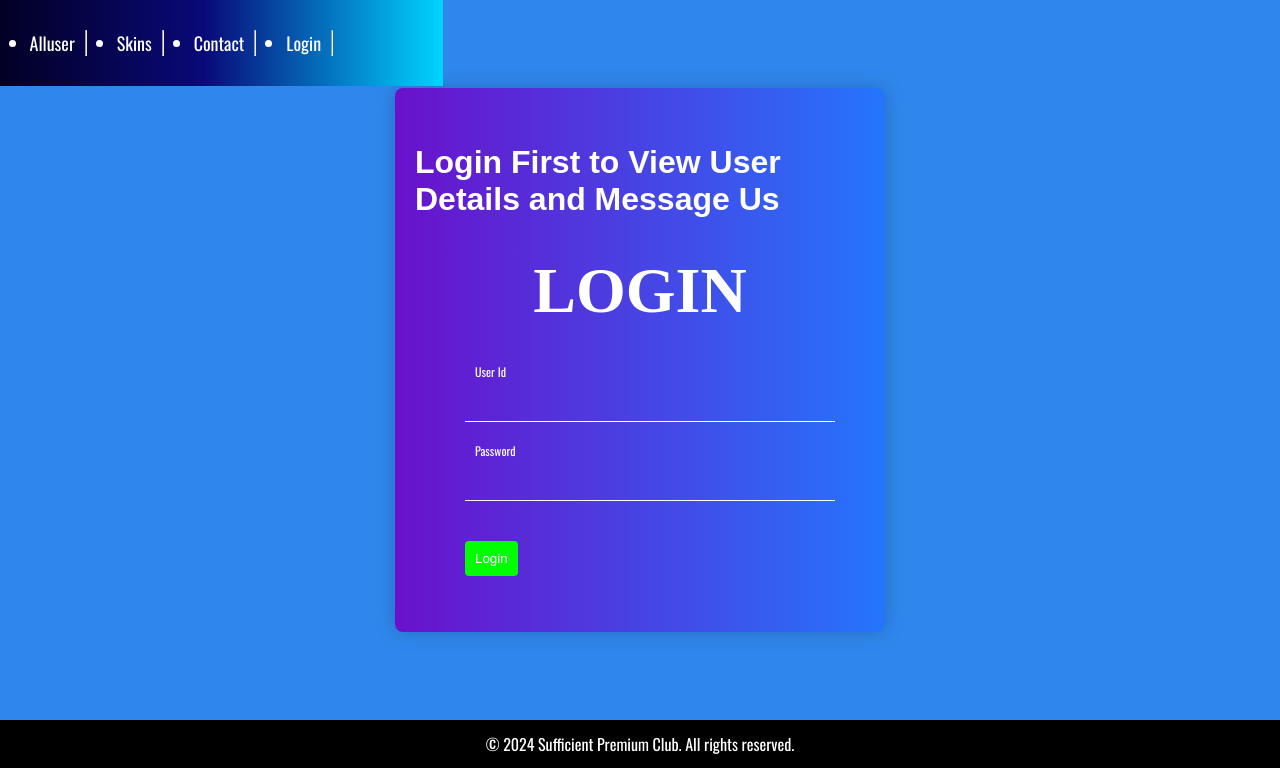
Repository: TechMukul/new
Page: /Login
The author's editor kept a copy of each file at every save. The page is drawn from the files as they stood at one save, then again after the next save.
The browser window is 1280 px wide. The pictures show the whole page.
Some web fonts or font styles are not loaded; a fallback is used. The project was rebuilt for these pictures with package versions that can differ from the ones it lists, and the page was loaded fresh each time. The framework's server and built-in components were replaced by stand-ins that run in the browser. Also part of the build but not shown: next.config.mjs.

Above is the page before, as saved 2024-08-09 15:26:05.

### pages/_app.tsx
// pages/_app.tsx
import { AppProps } from 'next/app';
import Head from 'next/head'; // Import Head from next/head
import '../styles/globals.css';
import Navbar from '@/Components/Navbar';
import Footer from '@/Components/Footer';

function MyApp({ Component, pageProps }: AppProps) {
  return (
    <>
      <Head>
        <link rel="preconnect" href="https://fonts.googleapis.com" />
        <link rel="preconnect" href="https://fonts.gstatic.com"  />
        <link
          href="https://fonts.googleapis.com/css2?family=Aclonica&family=Oswald:wght@200..700&display=swap"
          rel="stylesheet"
        />
      </Head>
      <Navbar />
      <Component {...pageProps} />
      <Footer />
    </>
  );
}

export default MyApp;

### pages/Login/index.tsx
import React, { useState, useEffect } from "react";
import axios from "axios";
import styles from "./index.module.scss";
import { useRouter } from "next/router";
import Navbar from "@/Components/Navbar";

const Index = () => {
  const [email, setEmail] = useState<string>("");
  const [password, setPassword] = useState<string>("");
  const [error, setError] = useState<string | null>(null);
  const [loading, setLoading] = useState<boolean>(false);
  const router = useRouter();

  useEffect(() => {
    const token = localStorage.getItem("accessToken");
    if (token) {
      router.push("/home");
    }

    const handlePopState = () => {
      router.push("/home");
    };

    window.addEventListener("popstate", handlePopState);

    return () => {
      window.removeEventListener("popstate", handlePopState);
    };
  }, [router]);

  const handleLogin = async (event: React.FormEvent) => {
    event.preventDefault();
    setLoading(true);
    try {
      const loginResponse = await axios.post(
        "https://www.referback.trollsufficient.com/admin/login",
        { email, password }
      );
      const { token, role } = loginResponse.data;
      localStorage.setItem("accessToken", token);
      localStorage.setItem("role", role);

      const userResponse = await axios.post(
        "https://www.referback.trollsufficient.com/admin/user",
        { email },
        {
          headers: {
            Authorization: `Bearer ${token}`,
            "Content-Type": "application/json",
          },
        }
      );

      const userName = userResponse.data.name;
      const userId = userResponse.data.id;
      localStorage.setItem("userName", userName);
      localStorage.setItem("userId", userId);

      const coinsResponse = await axios.get(
        `https://www.referback.trollsufficient.com/admin/coins/${userId}`,
        {
          headers: {
            Authorization: `Bearer ${token}`,
            "Content-Type": "application/json",
          },
        }
      );

      const userCoins = coinsResponse.data.coins;
      localStorage.setItem("userCoins", userCoins.toString());
      router.push("/home");
    } catch (error) {
      console.error("Login error:", error);
      setError("Invalid credentials");
    } finally {
      setLoading(false);
    }
  };

  return (
    <>
      <div className={styles.loginContainer}>
        {loading && (
          <div className={styles.loadingOverlay}>
            <div className={styles.spinner}></div>
          </div>
        )}
        <button
          className={styles.backButton}
          onClick={() => router.back()}
          aria-label="Go Back"
        >
        </button>
        <div className={styles.loginForm}>
          <h1 className={styles.header}>Login First to View User Details and Message Us</h1>
          <h2 className={styles.loginTitle}>LOGIN</h2>
          <form onSubmit={handleLogin}>
            <div className={styles.inputContainer}>
              <input
                type="text"
                value={email}
                onChange={(e) => setEmail(e.target.value)}
                required
                autoComplete="current-username"
              />
              <label>User Id</label>
              <div className={styles.inputUnderline}></div>
            </div>
            <div className={styles.inputContainer}>
              <input
                type="password"
                value={password}
                onChange={(e) => setPassword(e.target.value)}
                required
                autoComplete="current-password"
              />
              <label>Password</label>
              <div className={styles.inputUnderline}></div>
            </div>
            {error && <p className={styles.error}>{error}</p>}
            <div className={styles.button_login}>
              <button
                type="submit"
                className={styles.loginButton}
                disabled={loading}
              >
                {loading ? "Loading..." : "Login"}
              </button>
            </div>
          </form>
        </div>
      </div>
    </>
  );
};

export default Index;

### styles/globals.css
*{
  margin: 0%;
  padding: 0%;
}

body {
  font-family: 'Oswald', sans-serif; /* Apply Oswald font to the whole document */
}

h1 {
  font-family: 'Aclonica', sans-serif; /* Apply Aclonica font to all h1 elements */
}

### Components/Navbar/index.tsx
import React, { useEffect, useState } from "react";
import style from "./index.module.scss";
import Link from "next/link";
import axios from "axios";
import { useRouter } from "next/router";

const Navbar = () => {
  const [isMenuOpen, setIsMenuOpen] = useState(false);
  const [coins, setCoins] = useState<number>(0);
  const [isAuthenticated, setIsAuthenticated] = useState<boolean>(false);
  const [userRole, setUserRole] = useState<string | null>(null);
  const router = useRouter();

  const toggleMenu = () => {
    setIsMenuOpen((prevState) => !prevState);
  };

  useEffect(() => {
    const token = localStorage.getItem("accessToken");
    const role = localStorage.getItem("role");

    // Update authentication status and user role
    setIsAuthenticated(!!token);
    setUserRole(role);

    const fetchCoins = async () => {
      if (token) {
        try {
          const userId = localStorage.getItem("userId");
          if (userId) {
            const response = await axios.get(
              `https://www.referback.trollsufficient.com/admin/coins/${userId}`,
              {
                headers: {
                  Authorization: `Bearer ${token}`,
                  "Content-Type": "application/json",
                },
              }
            );
            setCoins(response.data.coins);
          }
        } catch (error) {
          console.error("Error fetching coins:", error);
        }
      }
    };

    fetchCoins();
  }, [isAuthenticated]);

  const handleLogout = () => {
    localStorage.removeItem("accessToken");
    localStorage.removeItem("userName");
    localStorage.removeItem("userId");
    localStorage.removeItem("userCoins");
    localStorage.removeItem("role");
    setCoins(0);
    setIsAuthenticated(false);
    setUserRole(null);
    router.push("/");
  };

  return (
    <>
      <div className={style.hamburger} onClick={toggleMenu}>
        ☰
      </div>
      <div className={style.image}></div>
      <div className={style.search_box}>
        <input className={style.input} placeholder="Enter Favorite Skins" />
      </div>
      <ul className={`${style.caintainer} ${isMenuOpen ? style.showMenu : ""}`}>
        <li className={style.items}>
          <div className={style.name}>
            <Link href="/"    style={{ textDecoration: "none", color: "white" }}>
              <p>Home</p>
            </Link>
            <hr className={style.line} />
          </div>
        </li>
        <li className={style.items}>
          <div className={style.name}>
            <Link href="/Tree"    style={{ textDecoration: "none", color: "white" }}>
              <p>Alluser</p>
            </Link>
            <hr className={style.line} />
          </div>
        </li>
        <li className={style.items}>
          <div className={style.name}>
            <p>Skins</p>
            <hr className={style.line} />
          </div>
        </li>
        <li className={style.items}>
          <div className={style.name}>
            <Link href="/contact"    style={{ textDecoration: "none", color: "white" }}>
              <p>Contact</p>
            </Link>
            <hr className={style.line} />
          </div>
        </li>
        <li className={style.items}>
          <div className={style.name}>
            {!isAuthenticated ? (
              <Link href="/Login"    style={{ textDecoration: "none", color: "white" }}>
                <p>Login</p>
              </Link>
            ) : (
              <button className={style.links} onClick={handleLogout}>
                Logout
              </button>
            )}
            <hr className={style.line} />
          </div>
        </li>
      </ul>
    </>
  );
};

export default Navbar;

### Components/Footer/index.tsx
import React from 'react';
import styles from './inde.module.scss';

const Footer = () => {
  return (
    <div className={styles.footer}>
      <div className={styles.text}>
        © 2024 Sufficient Premium Club. All rights reserved.
      </div>
      <div className={`${styles.icon} ${styles['mobile-hidden']}`}>
        {/* <img
          src='https://upload.wikimedia.org/wikipedia/commons/thumb/5/5e/WhatsApp_icon.png/598px-WhatsApp_icon.png'
          alt='WhatsApp Icon'
        /> */}
      </div>
    </div>
  );
}

export default Footer;

### pages/Login/index.module.scss
/* Overlay for loading */
.loadingOverlay {
  position: fixed;
  top: 0;
  left: 0;
  width: 100%;
  height: 100%;
  background-color: rgba(0, 0, 0, 0.5); /* Semi-transparent black background */
  display: flex;
  align-items: center;
  justify-content: center;
  z-index: 1000; /* Ensure it's above other elements */
  backdrop-filter: blur(5px); /* Blur effect */
}

.spinner {
  border: 4px solid #f3f3f3; /* Light grey */
  border-top: 4px solid #00ff00; /* Green */
  border-radius: 50%;
  width: 40px;
  height: 40px;
  animation: spin 1s linear infinite;
}

@keyframes spin {
  0% { transform: rotate(0deg); }
  100% { transform: rotate(360deg); }
}

/* Existing Styles */

.auroraContainer {
  position: relative;
  height: 100vh;
  display: flex;
  align-items: center;
  justify-content: center;
}

.loginContainer {
  position: relative;
  background: #2f87ed;
  z-index: 1;
  display: flex;
  flex-direction: column;
  align-items: center;
  justify-content: center;
  height: 100vh;
  width: 100%;
  // background-image: url("/login.png"); /* Add your image path here */
  background-size: cover;
  background-position: center;
  @media screen and (max-width: 768px) {
    // background-image: url("../../public/loginmob.jpeg");
  }
}

.loginForm {
  padding: 20px;
  border-radius: 8px;
  background-image: linear-gradient(to right, #6a11cb 0%, #2575fc 100%);
  box-shadow: 0 0 20px rgba(0, 0, 0, 0.2);
  width: 90%;
  max-width: 450px;
  animation: slideInFromLeft 1s ease-out;
  align-items: center;
  height: auto;
  display: flex;
  justify-content: space-evenly;
  flex-direction: column;
  color: white; /* Green font color */
  position: absolute;
  // left: 60%;
  height: 70vh;
  &:hover {
    box-shadow: rgb(255, 255, 255) 0px 20px 30px -10px;
  }
}

@keyframes slideInFromLeft {
  from {
    transform: translateX(-100%);
  }
  to {
    transform: translateX(0);
  }
}

.loginTitle {
  text-align: center;
  margin-bottom: 20px;
  color:  white; /* Green color for title */
  font-size: 4rem;
  font-weight: bolder;
  animation: pulse 1.5s infinite;
  font-family: 'Sevillana';
}

.inputContainer {
  position: relative;
  margin-bottom: 40px;
  width: 350px;

  input {
    width: 100%;
    padding: 10px;
    font-size: 16px;
    border: none;
    border-bottom: 1px solid white; /* Green border-bottom */
    background-color: transparent;
    color: white; /* Green text color */
    transition: border-color 0.3s ease;

    &:focus {
      outline: none;
      border-bottom: 1px solid #ffffff;
    }

    &::placeholder {
      color: white; /* Green placeholder text color */
    }
  }

  label {
    position: absolute;
    top: 10px;
    left: 10px;
    font-size: 16px;
    color: white; /* Green color for label */
    transition: 0.2s;
    pointer-events: none;
  }

  input:focus + label,
  input:not(:placeholder-shown) + label {
    top: -20px;
    font-size: 12px;
    color: white;
  }

  .inputUnderline {
    position: absolute;
    bottom: 0;
    left: 0;
    width: 100%;
    height: 2px;
    background-color: #ffffff;
    transform: scaleX(0);
    transition: transform 0.3s ease;
  }

  input:focus ~ .inputUnderline {
    transform: scaleX(1);
  }
}

.loginButton {
  padding: 10px;
  background-color: #00ff00; /* Green button background */
  color: white; /* Button text color */
  border: none;
  border-radius: 4px;
  cursor: pointer;
  transition: background-color 0.3s ease, transform 0.2s ease;

  &:hover {
    background-color: #008000; /* Dark green button background on hover */
    transform: scale(1.05);
  }

  &:active {
    transform: scale(0.95);
  }
}

.forgotPasswordButton {
  margin-top: 10px;
  cursor: pointer;
  color: #00ff00; /* Green text color */
  background: none;
  border: none;
  text-decoration: underline;
}

/* Modal Styles */
.modalBackdrop {
  position: fixed;
  top: 0;
  left: 0;
  width: 100%;
  height: 100%;
  background: rgba(0, 0, 0, 0.5); /* Semi-transparent black background */
  display: flex;
  justify-content: center;
  align-items: center;
  z-index: 1000;
}

.modalContent {
  background: white;
  padding: 20px;
  border-radius: 8px;
  width: 300px;
  box-shadow: 0 0 10px rgba(0, 0, 0, 0.2);
}

.modalColumn {
  margin-bottom: 15px;
}

.modalColumn label {
  display: block;
  margin-bottom: 5px;
}

.modalColumn input {
  width: 100%;
  padding: 8px;
  border: 1px solid #ddd;
  border-radius: 4px;
}

// button {
//   background-color: #00ff00;
//   color: white;
//   border: none;
//   padding: 10px;
//   cursor: pointer;
//   transition: background-color 0.3s ease, transform 0.2s ease;

//   &:hover {
//     background-color: #008000;
//     transform: scale(1.05);
//   }

//   &:active {
//     transform: scale(0.95);
//   }
// }

/* Responsive Styles */
@media only screen and (max-width: 768px) {
  .loginForm {
    width: 90%;
    height: auto;
    position: relative;
    top: 15px;
    left: 0;
    box-shadow: none;
  }

  .loginContainer {
    background-size: cover;
    background-position: center;
  }
}

### Components/Navbar/index.module.scss
.caintainer {
  display: flex;
  justify-content: end;
  padding: 30px;
  color: white;
  background: rgb(2,0,36);
  background: linear-gradient(90deg, rgba(2,0,36,1) 0%, rgba(9,9,121,1) 46%, rgba(0,212,255,1) 100%);
  z-index: 40;
  gap: 30px;
  position: fixed;
}
.search_box{
    width:100%;
    // border: 1px solid white;
    position: absolute;
    // background-color: red;
    display: flex;
    justify-content: center;
    top: 20px;
    right: 90px;
    .input{
      padding: 10px;
      width: 30%;
      height: 30px;
      border: 2px solid black;
      border-radius: 5px;

    }
}
.items {
  position: relative;
  right: 80px;
  font-size: 18px;
}

.name {
  display: flex;
}

.name p {
  cursor: pointer;
}

.name p:hover {
  transform: scale(1.2);
  transition: transform 0.3s linear;
}

.line {
  margin-left:10px;
}



.hamburger {
  display: none;
  font-size: 24px;
  cursor: pointer;
  position: absolute;
  left: 20px;
  top: 20px;
  z-index: 50;
}

@media screen and (max-width: 768px) {
  .caintainer {
      display: none;
  }

  .hamburger {
      display: block;
      color: white;
  }
  .line{
      display: none;
  }
  .name {
      position: absolute;
      top: 100px;
      width: 100%;
      font-size: 30px;
  }
  .name p{
      border-bottom: 1px solid white;
      border-top: 1px solid white;
  }
  .showMenu {
      display: flex;
      flex-direction: column;
      justify-content: start;
      gap: 80px;
      align-items: center;
      top: 0px;
      height: 100vh;
      width: 70%;
      list-style-type: none;

  }
  .search_box{
    width:100%;
    position: absolute;
    display: flex;
    justify-content: center;
    top: 20px;
    right: 5px;
    .input{
      padding: 10px;
      width: 60%;
      height: 30px;
      border: 2px solid black;
      border-radius: 5px;

    }
  }
}

### Components/Footer/inde.module.scss
.footer {
    width: 100%;
    height: 3rem; /* Equivalent to h-12 in Tailwind */
    display: flex;
    justify-content: center;
    align-items: center;
    background-color: black;
    color: white;
    // position: absolute;
    bottom: 0;

    .text {
      margin: 0;
    }

    .icon {
      position: absolute;
      height: 2.5rem; /* Equivalent to h-10 in Tailwind */
      width: 3rem; /* Equivalent to w-12 in Tailwind */
      bottom: 1.75rem; /* Equivalent to bottom-7 in Tailwind */
      right: 3.5rem; /* Equivalent to right-14 in Tailwind */
      cursor: pointer;
      transition: transform 0.3s ease; /* For hover effect */

      &:hover {
        transform: scale(1.10);
      }

      &.mobile-hidden {
        @media (max-width: 768px) {
          display: none; /* Hide on mobile screens */
        }
      }
    }
  }

After the next save:
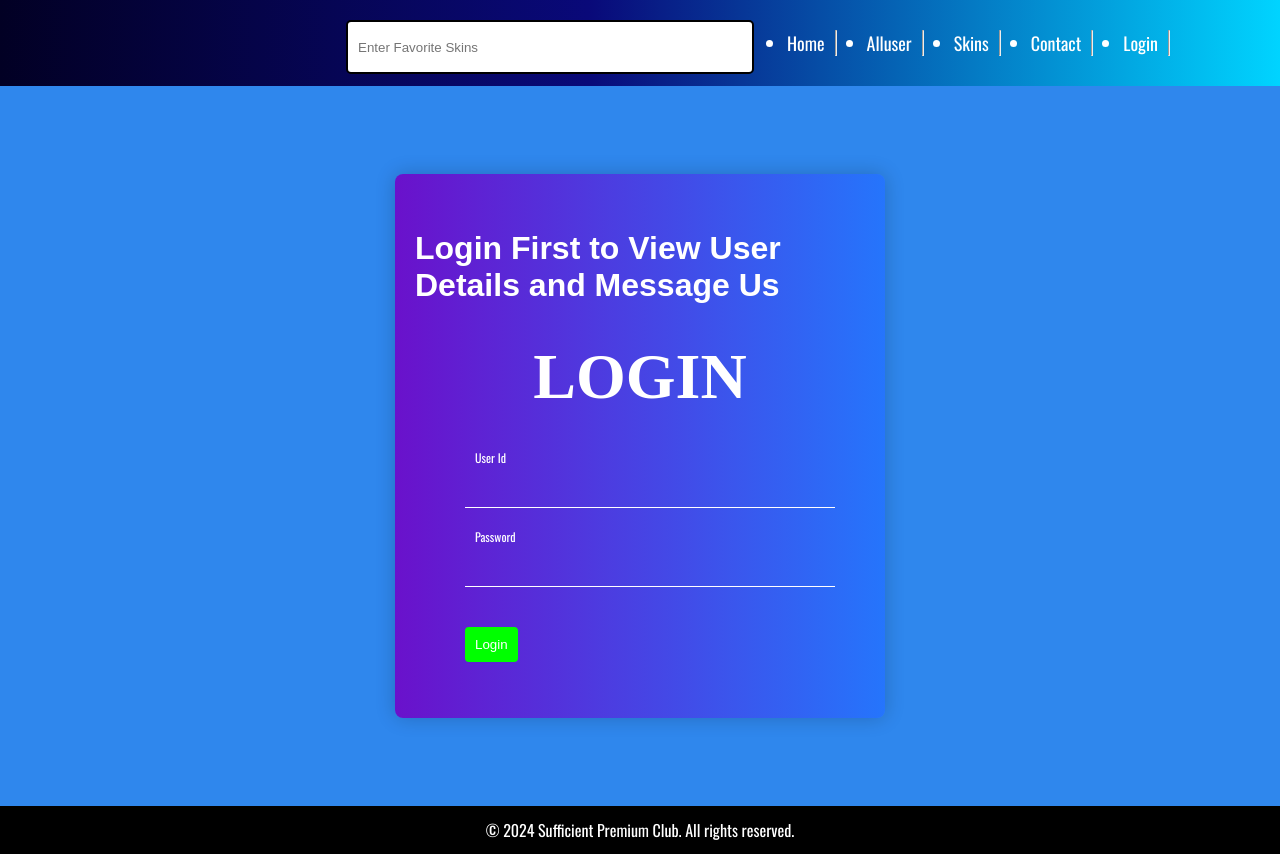
Saved 6 s later.
--- a/Components/Navbar/index.module.scss
+++ b/Components/Navbar/index.module.scss
@@ -7,7 +7,7 @@
   background: linear-gradient(90deg, rgba(2,0,36,1) 0%, rgba(9,9,121,1) 46%, rgba(0,212,255,1) 100%);
   z-index: 40;
   gap: 30px;
-  position: fixed;
+  // position: fixed;
 }
 .search_box{
     width:100%;
